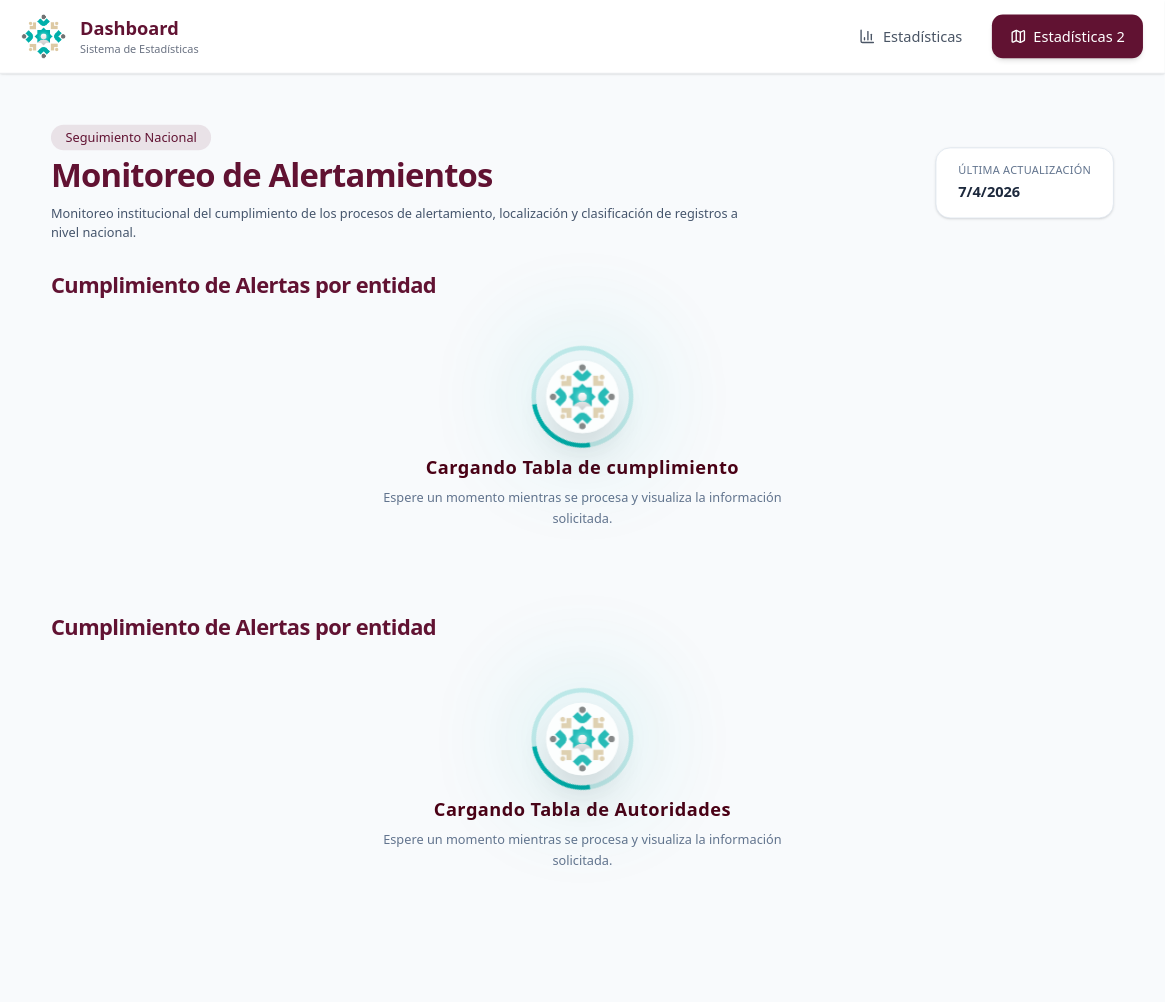
Repository: jesus890/semaforo-cinepolis
Page: /estadisticas-2
An editor plug-in stored every save of this project. The page is shown before and after the next save, followed by the edit.
The browser window is 1280 px wide. The pictures show the whole page, at 91% of full size.
The page's requests for data from a server got no answer. The project was rebuilt for these pictures with package versions that can differ from the ones it lists, and the page was loaded fresh each time. No one was signed in, and anything a server would have sent is missing. Also part of the build but not shown: vite.config.ts, src/components/Dashboard/Skeleton/SkeletonChart.tsx, src/components/Dashboard/matriz/AlertaMatriz.tsx, src/constants/colors.ts, src/components/Dashboard/charts/EdadChart.tsx, src/components/Dashboard/charts/EnfoqueChart.tsx, src/components/Dashboard/charts/SexoChart.tsx, src/pages/EstadisticaPage.tsx and 2 more.

Above is the page before, as saved 2026-06-05 16:23:28.

After the next save:
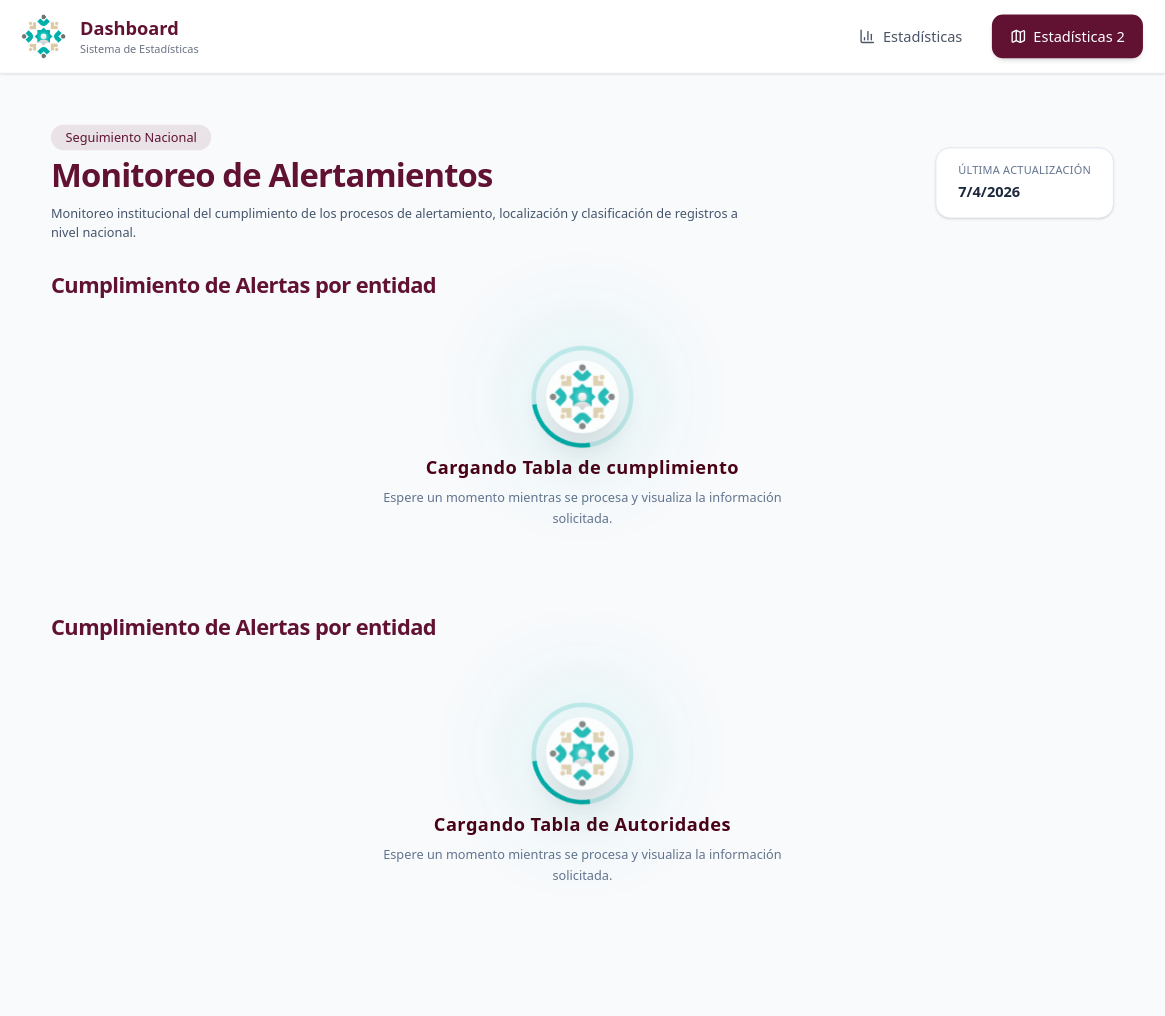
Saved 10 s later.
--- a/src/pages/EstadisticasDosPage.tsx
+++ b/src/pages/EstadisticasDosPage.tsx
@@ -120,7 +120,7 @@ export default function EstadisticasDosPage() {
 
                     <div>
 
-                        <h1 className="text-2xl font-bold tracking-tight text-[#611232]">
+                        <h1 className="text-2xl font-bold tracking-tight text-[#611232] mb-4">
                             Cumplimiento de Alertas por entidad
                         </h1>
 
